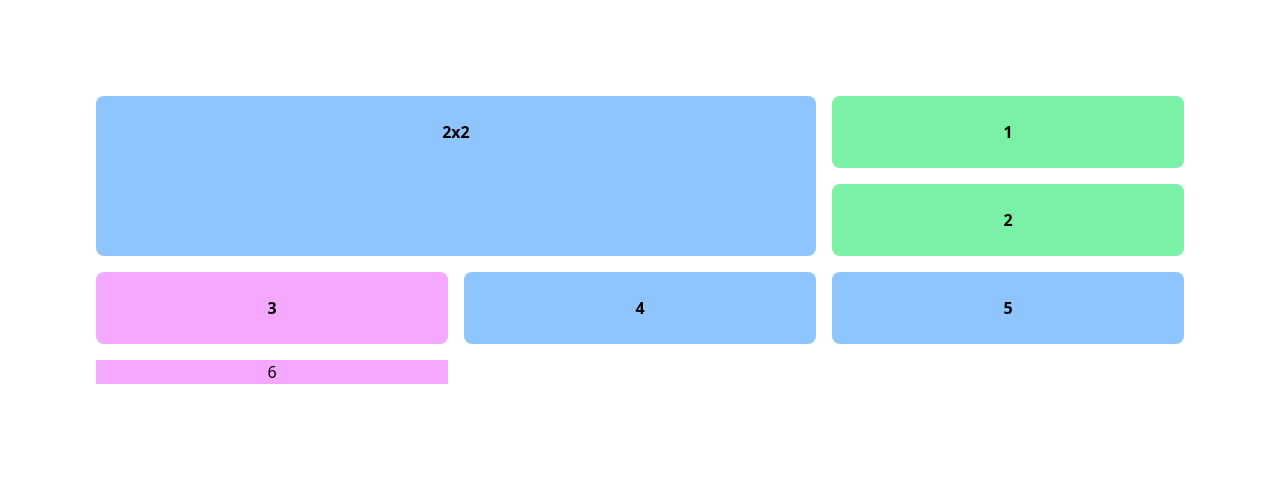
Repository: Abdulahi338/TailwindCss-exercise
Page: Exercise3/index.html
The author's editor kept a copy of each file at every save. The page is drawn from the files as they stood at one save, then again after a run of saves.
The browser window is 1280 px wide. The pictures show the whole page.

Above is the page before, as saved 2025-08-12 17:40:20.

### Exercise3/index.html
<!DOCTYPE html>
<html lang="en">
<head>
    <meta charset="UTF-8">
    <meta name="viewport" content="width=device-width, initial-scale=1.0">
        <script src="https://cdn.jsdelivr.net/npm/@tailwindcss/browser@4"></script>

    <title>Exercise 2</title>
</head>
<body>

    <div class="grid grid-cols-3 grid-rwos-3 gap-4 m-24 text-center">
        <div class="bg-blue-300 p-6 font-bold col-span-2 row-span-2 rounded-lg"">2x2</div>
        <div class="bg-green-300 p-6 font-bold rounded-lg">1</div>
        <div class="bg-green-300 p-6 font-bold rounded-lg"">2</div>
        <div class="bg-fuchsia-300 p-6 font-bold rounded-lg"">3</div>
        <div class="bg-blue-300 p-6 font-bold rounded-lg"">4</div>
        <div class="bg-blue-300 p-6 font-bold rounded-lg"">5</div>
        <div class="bg-fuchsia-300 ">6</div>

    </div>


</body>
</html>

After the next 7 saves:
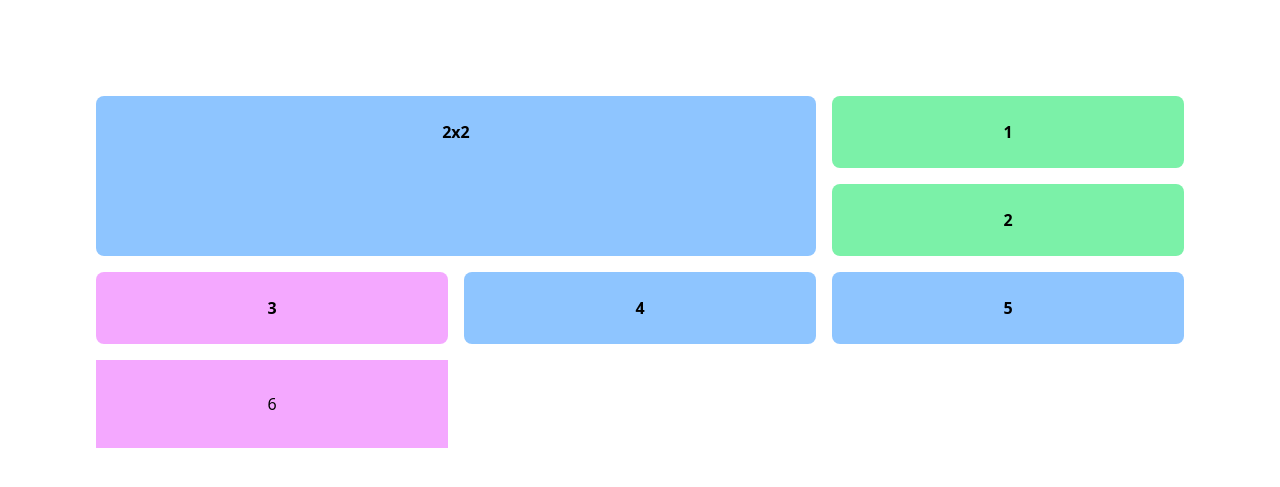
The 7 saves are shown as one change because they came seconds apart.
The last was saved 17 s later.
--- a/Exercise3/index.html
+++ b/Exercise3/index.html
@@ -16,7 +16,7 @@
         <div class="bg-fuchsia-300 p-6 font-bold rounded-lg"">3</div>
         <div class="bg-blue-300 p-6 font-bold rounded-lg"">4</div>
         <div class="bg-blue-300 p-6 font-bold rounded-lg"">5</div>
-        <div class="bg-fuchsia-300 ">6</div>
+        <div class="bg-fuchsia-300 p-8 font-med">6</div>
 
     </div>
 
